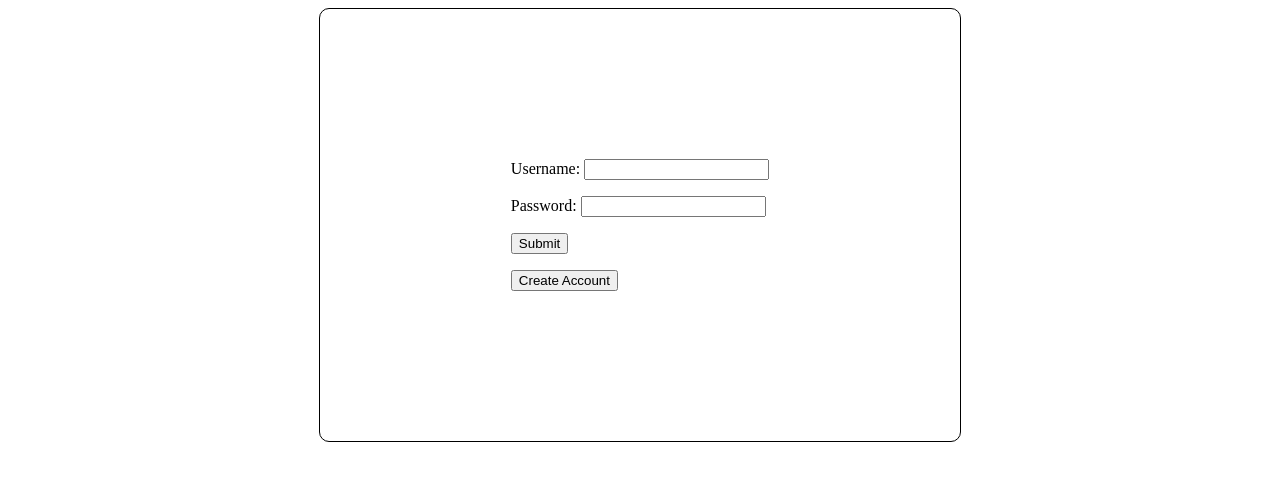
Repository: Jtho28/4830-group-project
Page: Esports-webproj/src/main/webapp/WEB-INF/Login.html
These files come from the project's save history. The page is drawn as it stood at one moment and after the next save; the edit follows.
The browser window is 1280 px wide. The pictures show the whole page.

Above is the page before, as saved 2022-11-16 20:44:37.

After the next save:
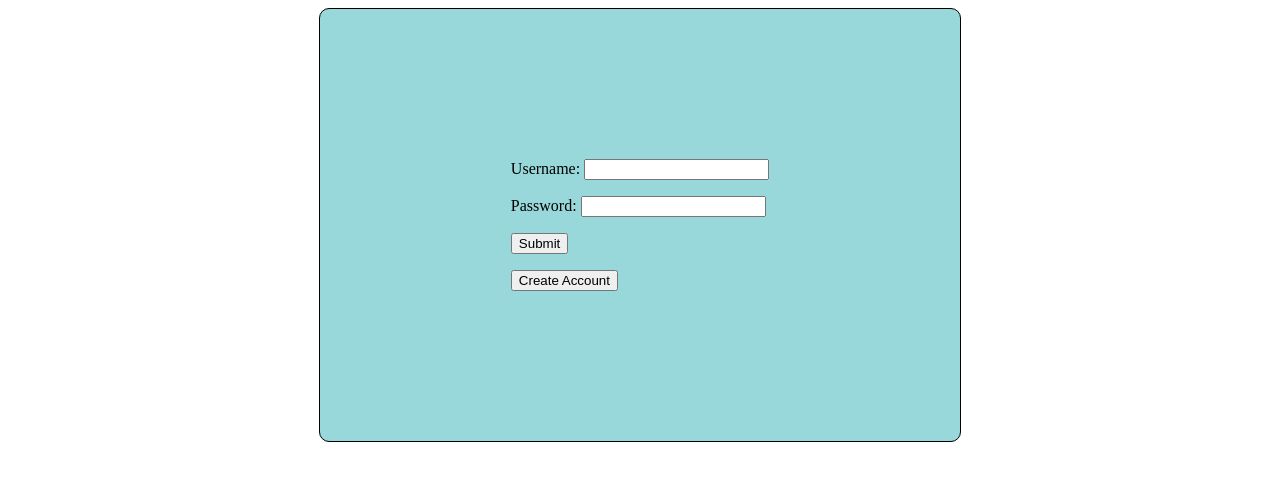
Saved 2 min 0 s later.
--- a/Esports-webproj/src/main/webapp/WEB-INF/login.css
+++ b/Esports-webproj/src/main/webapp/WEB-INF/login.css
@@ -15,6 +15,7 @@ body {
 	justify-content: center;
 	border: 1px solid black;
 	border-radius: 10px;
+	background: rgba(50, 176, 181, .50);
 }
 
 h1 {
